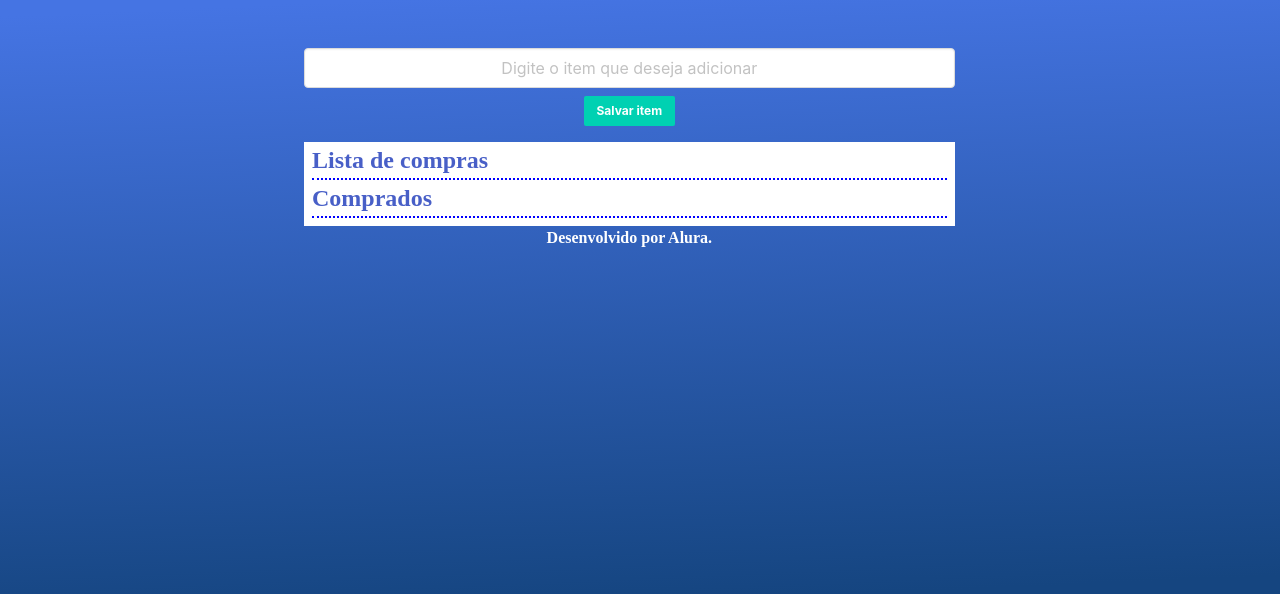
Repository: joaoPraiaJunior/js-manipulando-objetos
Page: index.html
These files come from the project's save history. The page is drawn as it stood at one moment and after the next save; the edit follows.
The browser window is 1280 px wide. The pictures show the whole page.
Some web fonts or font styles are not loaded; a fallback is used.

Above is the page before, as saved 2024-09-06 18:00:04.

After the next save:
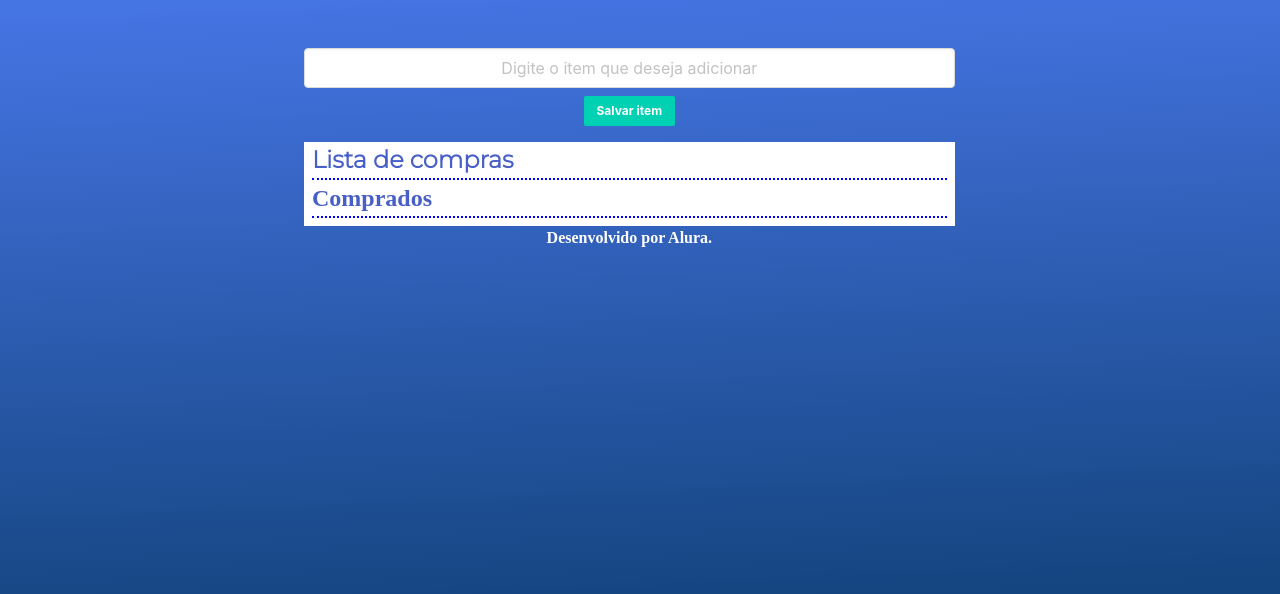
Saved 116 s later.
--- a/index.html
+++ b/index.html
@@ -21,18 +21,18 @@
 
         <form id="form-itens" class="has-text-centered" data-js="formulario">
             <input type="text" name="item" class="input has-text-centered" required placeholder="Digite o item que deseja adicionar" id="receber-item">
-            <button for="salvar" type="submit" class="mt-2 has-text-weight-bold button is-small is-primary" data-js="botao-salvar-item">Salvar item</button>
+            <button type="submit" class="mt-2 has-text-weight-bold button is-small is-primary" data-js="botao-salvar-item">Salvar item</button>
         </form>
 
         <div class="has-background-white mt-4">
             <div>
-                <h2 class="has-text-link has-text-weight-bold is-size-4 ml-2">Lista de compras</h1>
+                <h1 class="has-text-link has-text-weight-bold is-size-4 ml-2">Lista de compras</h1>
                     <ul class="mx-2 borda-lista" id="lista-de-itens" data-js="lista-de-itens">
                     </ul>
             </div>
 
             <section class="pb-2">
-                <h2 class="has-text-link has-text-weight-bold is-size-4 ml-2">Comprados</h1>
+                <h2 class="has-text-link has-text-weight-bold is-size-4 ml-2">Comprados</h2>
                     <ul class="mx-2 borda-lista" id="itens-comprados" data-js="itens-comprados">
                     </ul>
             </section>
